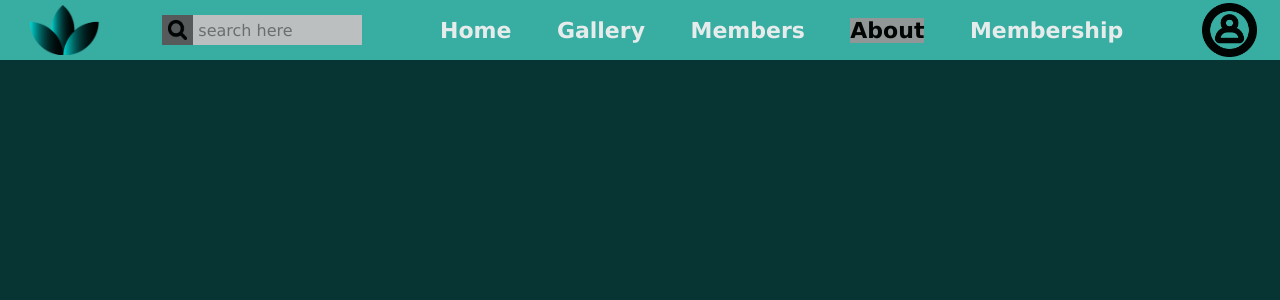
Repository: RawahaMR11/my_assignments
Page: rawaha computer/Shah Designs web/Shah home page.html
An editor plug-in stored every save of this project. The page is shown before and after the next save, followed by the edit.
The browser window is 1280 px wide. The pictures show the whole page.
The pointer rests on the first visible `.about a`.

Above is the page before, as saved 2024-12-12 17:46:00.

After the next save:
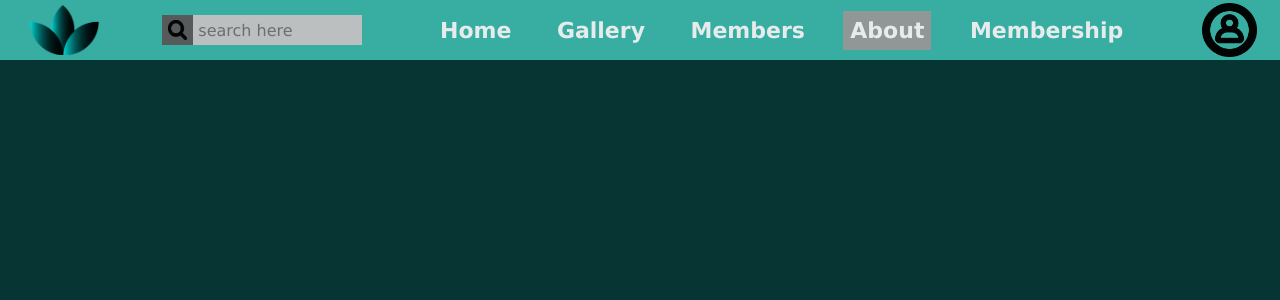
Saved 13 s later.
--- a/rawaha computer/Shah Designs web/Shah home page.css
+++ b/rawaha computer/Shah Designs web/Shah home page.css
@@ -121,7 +121,7 @@ header {
       font-weight: 700;
       color: white;
 }
-.about a:hover {
+.about:hover {
       background-color: rgb(161, 161, 161);
       color: black;
 }
